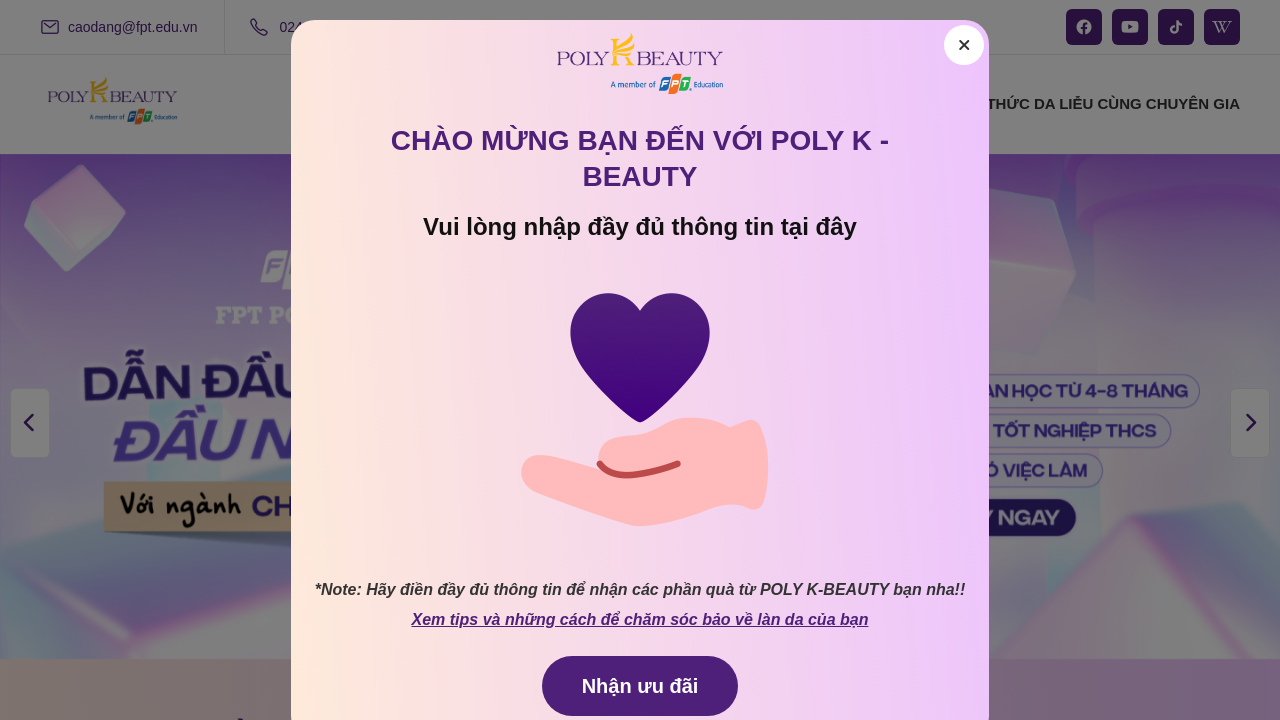
Repository: dinhtri123/k_beauty
Page: test.html
An editor plug-in stored every save of this project. The page is shown before and after the next save, followed by the edit.
The browser window is 1280 px wide. The pictures show the window.
A layer covers the whole window, so only the first screen is drawn. Some web fonts or font styles are not loaded; a fallback is used.

Above is the page before, as saved 2024-12-26 09:11:23.

After the next save:
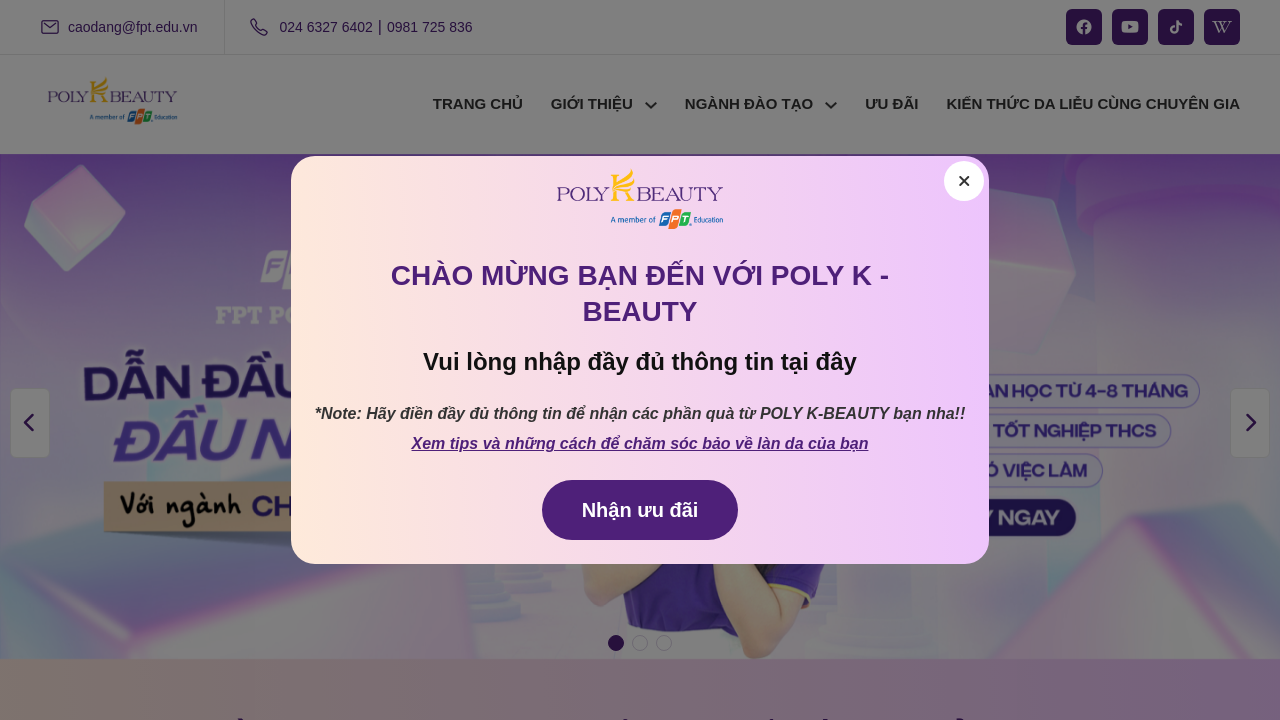
Saved 7 s later.
--- a/test.html
+++ b/test.html
@@ -522,9 +522,7 @@
       </span>
       <h3 class="popup-title">CHÀO MỪNG BẠN ĐẾN VỚI POLY K - BEAUTY</h3>
       <p class="popup-desc">Vui lòng nhập đầy đủ thông tin tại đây</p>
-      <span class="popup-img">
-        <img src="./images/popup-img.png" alt="">
-      </span>
+
       <i>*Note: Hãy điền đầy đủ thông tin để nhận các phần quà từ POLY K-BEAUTY bạn nha!!</i>
       <a href="#" class="popup-link">Xem tips và những cách để chăm sóc bảo về làn da của bạn</a>
       <a href="#" class="popup-btn">Nhận ưu đãi</a>
